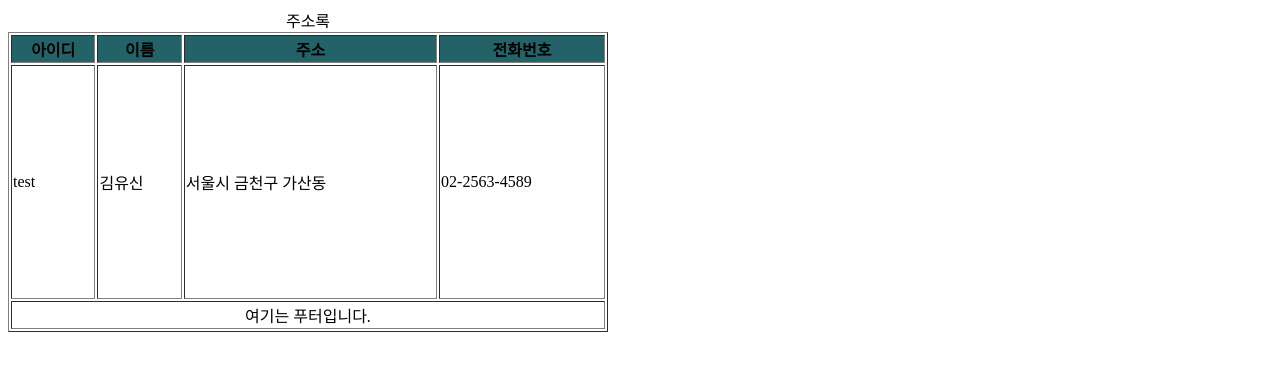
Repository: rightsecond3/java52
Page: workspace_script/dev_html/WebContent/html_table/table_1.html
The author's editor kept a copy of each file at every save. The page is drawn from the files as they stood at one save, then again after the next save.
The browser window is 1280 px wide. The pictures show the whole page.

Above is the page before, as saved 2019-06-10 02:17:26.

### workspace_script/dev_html/WebContent/html_table/table_1.html
<!DOCTYPE html>
<html>
<head>
<meta charset="UTF-8">
<title>주소록</title>
</head>
<body>
	<table border="1" width="600px" height="300px">
		<!-- 테이블의 이름 지정 -->
		<caption>주소록</caption>
		<thead>
			<!-- 로우 -->
			<tr bgColor="#236267">
				<!-- 컬럼 -->
				<th>아이디</th>
				<th>이름</th>
				<th>주소</th>
				<th>전화번호</th>
			</tr>
		</thead>
		<tbody>
			<tr>
				<td>test</td>
				<td>김유신</td>
				<td>서울시 금천구 가산동</td>
				<td>02-2563-4589</td>
			</tr>
		</tbody>
		<tfoot>
			<tr>
				<!-- colspan:셀병합, align : 정렬상태 -->
				<td colspan="4" align="center">여기는 푸터입니다.</td>
			</tr>
		</tfoot>
	</table>
</body>
</html>

After the next save:
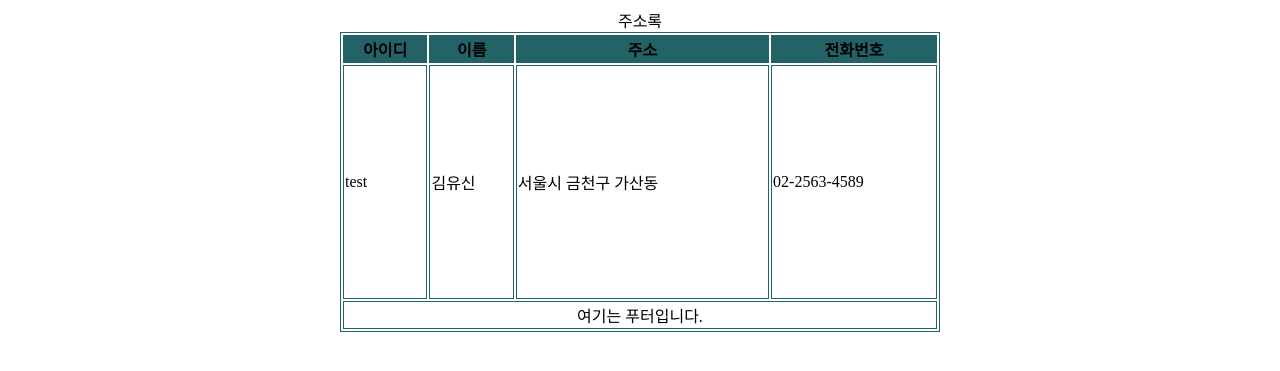
Saved 29 s later.
--- a/workspace_script/dev_html/WebContent/html_table/table_1.html
+++ b/workspace_script/dev_html/WebContent/html_table/table_1.html
@@ -5,7 +5,7 @@
 <title>주소록</title>
 </head>
 <body>
-	<table border="1" width="600px" height="300px">
+	<table align="center" borderColor="#236267" border="1" width="600px" height="300px">
 		<!-- 테이블의 이름 지정 -->
 		<caption>주소록</caption>
 		<thead>
